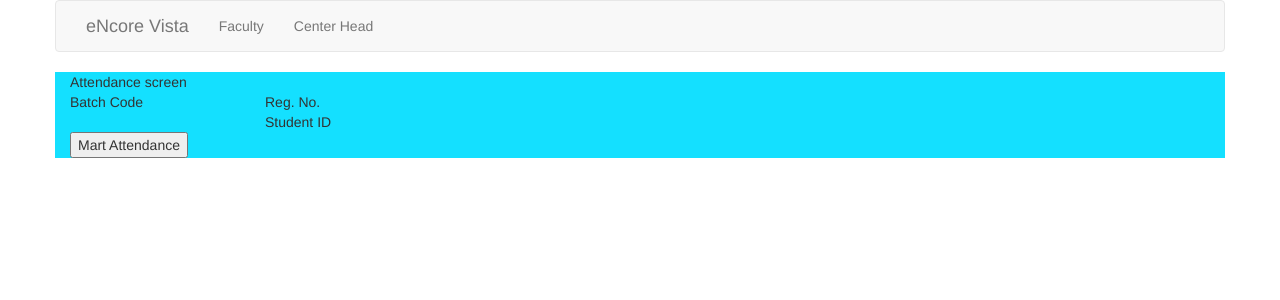
Repository: RajeswarM-NIIT/RajeswarAceMarch2020
Page: http://localhost/attendance/WEB-INF/views/attpage.jsp
The author's editor kept a copy of each file at every save. The page is drawn from the files as they stood at one save, then again after the next save.
The browser window is 1280 px wide. The pictures show the whole page.
The page is served by Tomcat 9. Nobody is signed in. Other server files are loaded and not shown. The template is opened directly, without the code that normally fills it, so the values that code supplies are empty.

Above is the page before, as saved 2020-03-13 20:21:30.

### attendance/src/main/webapp/WEB-INF/views/attpage.jsp
<%@ page language="java" contentType="text/html; charset=ISO-8859-1"
    pageEncoding="ISO-8859-1"%>
<!DOCTYPE html>
<html>
<head>
<%@ include file = "links.jsp" %>
</head>
<body>

<%@ include file = "navbar.jsp" %>
<div class="container" style="background-color:#14e0ff">
Attendance screen
	<div class="row">
		<div class="col-sm-2">Batch Code</div>
		<div class="col-sm-2">Reg. No. <br> Student ID</div>
	</div>
<spring:form modelAttribute="form"  action="reqMarkAttendance" method="post">
	<c:forEach items="${form.studentrecords}" var="st" varStatus="vs">

	 	<spring:hidden path="studentrecords[${vs.index}].batchid"/>
	 	<spring:hidden path="studentrecords[${vs.index}].crsid"/>
		<spring:hidden path="studentrecords[${vs.index}].crsname"/>
		<spring:hidden path="studentrecords[${vs.index}].nosessions"/>
		<spring:hidden path="studentrecords[${vs.index}].status"/>
		<spring:hidden path="studentrecords[${vs.index}].batchschstid"/>
		<spring:hidden path="studentrecords[${vs.index}].sessionno"/>
		<spring:hidden path="studentrecords[${vs.index}].batchschedulestudentsstatus"/>
		<spring:hidden path="studentrecords[${vs.index}].regid"/>
		<spring:hidden path="studentrecords[${vs.index}].studentstatus"/>
		<spring:hidden path="studentrecords[${vs.index}].stid"/>
		<spring:hidden path="studentrecords[${vs.index}].stname"/>
		${st.batchid}  ${st.regid}    ${st.stid}    ${st.stname}   ${st.crsname}  	${st.sessionno}
		<spring:radiobutton path="studentrecords[${vs.index}].attst" value="Present" checked="true"/>Present
		<spring:radiobutton path="studentrecords[${vs.index}].attst" value="Absent" />Absent

		<%-- <spring:checkbox path="${st.attst}" checked="true" value="Present"/> --%>
		<hr>
	</c:forEach>
	<spring:button>Mart Attendance</spring:button>
</spring:form>

</div>
</body>
</html>

### attendance/src/main/webapp/WEB-INF/views/links.jsp
  <link rel="stylesheet" href="https://maxcdn.bootstrapcdn.com/bootstrap/3.4.1/css/bootstrap.min.css">
  <script src="https://ajax.googleapis.com/ajax/libs/jquery/3.4.1/jquery.min.js"></script>
  <script src="https://maxcdn.bootstrapcdn.com/bootstrap/3.4.1/js/bootstrap.min.js"></script>
  <link rel="stylesheet" href="https://cdnjs.cloudflare.com/ajax/libs/font-awesome/4.7.0/css/font-awesome.min.css">

  <%@ taglib uri="http://www.springframework.org/tags/form" prefix="spring"%>
  <%@ taglib uri="http://java.sun.com/jsp/jstl/core" prefix="c"%>

### attendance/src/main/webapp/WEB-INF/views/navbar.jsp
<nav class="navbar navbar-default container">
  <div class="container-fluid">
    <div class="navbar-header">
     	<a class="navbar-brand" href="#">eNcore Vista</a>
	    <ul class="nav navbar-nav">
	      <li><a href="reqFacPage">Faculty</a></li>
	      <li><a href="reqCHPage">Center Head</a></li>
	    </ul>
  	</div>
  </div>
</nav>

After the next save:
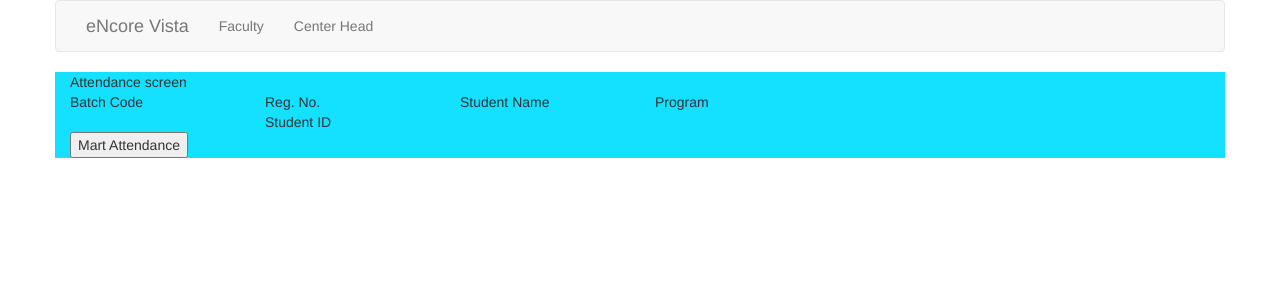
Saved 29 s later.
--- a/attendance/src/main/webapp/WEB-INF/views/attpage.jsp
+++ b/attendance/src/main/webapp/WEB-INF/views/attpage.jsp
@@ -13,6 +13,8 @@
 	<div class="row">
 		<div class="col-sm-2">Batch Code</div>
 		<div class="col-sm-2">Reg. No. <br> Student ID</div>
+		<div class="col-sm-2">Student Name</div>
+		<div class="col-sm-2">Program</div>
 	</div>
 <spring:form modelAttribute="form"  action="reqMarkAttendance" method="post">
 	<c:forEach items="${form.studentrecords}" var="st" varStatus="vs">
